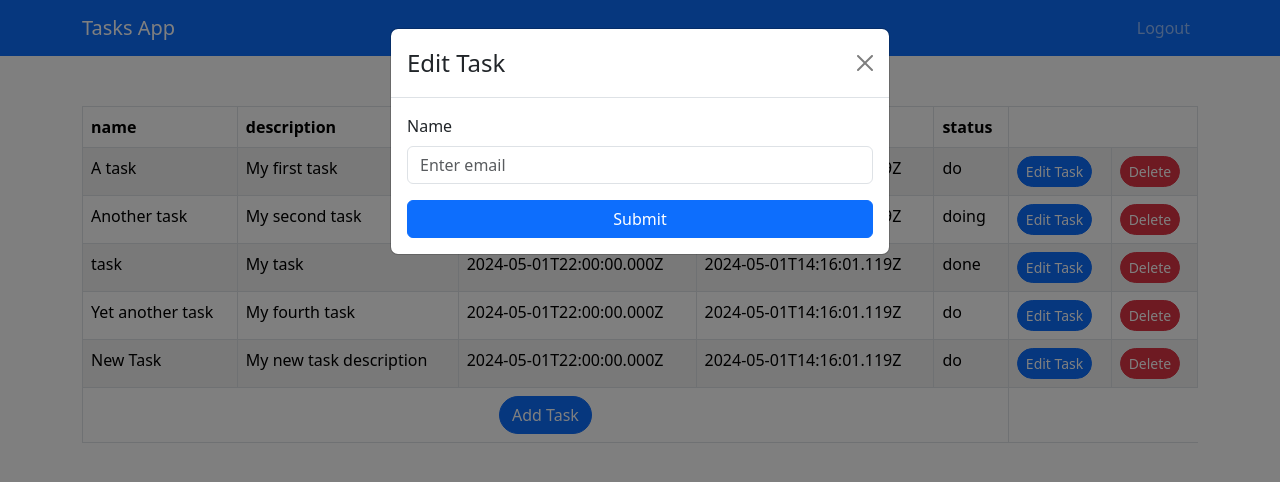
Repository: trider/react-task-manager
Page: /#/tasks, after clicking the first element matching `button.rounded-pill`
An editor plug-in stored every save of this project. The page is shown before and after the next save, followed by the edit.
The browser window is 1280 px wide. The pictures show the whole page.
The project was rebuilt for these pictures with package versions that can differ from the ones it lists, and the page was loaded fresh each time. Also part of the build but not shown: src/App.css, src/data/_Users.js, src/pages/Login.js.

Above is the page before, as saved 2024-05-06 16:02:32.

### src/App.js
// import logo from './logo.svg';
import './App.css';
import 'bootstrap/dist/css/bootstrap.min.css';
// import { BrowserRouter, Routes, Route } from "react-router-dom";
import {HashRouter as Router, Routes, Route} from "react-router-dom";
import LoginForm from "./pages/Login";
import TaskList from "./pages/Task";

// const path = process.env.REACT_APP_FOR_PATH;

function App() {
  return (
    <div>
      <Router baseline="/">
        <Routes>
          <Route index element={<LoginForm />} />
            <Route path="login" element={<LoginForm />} />
            <Route path="tasks" element={<TaskList />} />
        </Routes>
      </Router>
    </div>
  );
}

export default App;

### src/pages/Task.js
import * as React from 'react';
import Table from 'react-bootstrap/Table';
import Container from 'react-bootstrap/Container';
import ModalComponent from '../components/Modal';
import userTasks from '../data/_Tasks';
import tableCols from '../data/_Cols';
import NavbarComponent from '../components/Navigation';
import Button from 'react-bootstrap/Button';
import { useState } from 'react';



const TaskTable = () => {

  const [tasks, setTasks] = useState(userTasks);

  const deletTask = (task) => {
    setTasks(tasks.filter((t) => t.id !== task.id));
  }

  return (
    <div>
      <Table striped bordered hover size="lg">
      <thead>
        <tr>
          {tableCols.map((col) => (
            <th key={col}>{col}</th>
          ))}
           <th colSpan={"2"}></th>
        </tr>
      </thead>
      <tbody>
        {tasks.map((task) => (
          <tr key={task.id}>
            {tableCols.map((col) => (
              <td key={col}>{task[col]}</td>
            ))}
            <td >


            <ModalComponent title={'Edit Task'} size={'sm'} />
            </td>
            <td>
            <Button  variant="danger rounded-pill" size='sm'  onClick={(e) => deletTask(task)}>
            Delete
          </Button>
            </td>
          </tr>
        ))}

      </tbody>
      <tfoot>
        <tr>
          <td colSpan={tableCols.length } style={{backgroundColor:"white"}}>
          <div className="d-grid gap-2 d-md-flex justify-content-md-center">
            <ModalComponent title={'Add Task'} size={'md'}/>
           </div>
          </td>
        </tr>
      </tfoot>
    </Table>




    </div>
  );
}


const TaskList = () => {
  return (
    <div>

    <NavbarComponent />
    <Container style={{marginTop:"50px"}}>
      <TaskTable />
    </Container>
    </div>
  );
}

export default TaskList;

### src/components/Modal.js
import { useState } from 'react';
import Button from 'react-bootstrap/Button';
import Modal from 'react-bootstrap/Modal';
import Form from 'react-bootstrap/Form';


const FormBody = () => {





  return (
    <div>
      <Form>

        <Form.Group className="mb-3" controlId="formBasicEmail">
          <Form.Label>Name</Form.Label>
          <Form.Control
            type="text"
            placeholder="Enter email"

          />
        </Form.Group>

        <div className="d-grid gap-2">
          <Button variant="primary" type="submit" >Submit</Button>
        </div>
      </Form>
    </div>
  );

}

const ModalComponent = (props) => {
  const [show, setShow] = useState(false);

  const handleClose = () => setShow(false);
  const handleShow = () => setShow(true);
  return (
    <div>
      <Button variant="primary" onClick={handleShow} className='rounded-pill' size={props.size}>
        {props.title}
      </Button>

      <Modal show={show} onHide={handleClose}>
        <Modal.Header closeButton>
          <Modal.Title>{props.title}</Modal.Title>
        </Modal.Header>
        <Modal.Body>
          <FormBody />
          {/* Woohoo, you are reading this text in a modal!
          <div className='bg-primary text-light text-center' style={{ marginTop: '10px'}}>
          <Button  variant="primary rounded-pill" onClick={handleClose} size={props.size} >
            Submit
          </Button> */}


          {/* </div> */}


          </Modal.Body>
        {/* <Modal.Footer>


        <div className='bg-primary text-light text-center' >
          <Button  variant="primary" onClick={handleClose}>
            Submit
          </Button>
          </div>
        </Modal.Footer> */}
      </Modal>
    </div>
  );
}

export default ModalComponent;

### src/data/_Tasks.js
const userTasks= [
 {
   id: "6630ab326e723ac1ea6dce7a",
   description: "My first task",
   name: "A task",
   taskId: 1,
   user: "jonnygold",
   added: "2024-05-01T22:00:00.000Z",
   updated: "2024-05-01T14:16:01.119Z",
   status: "do",
   isActive: true
 },
 {
   id: "6630fe5d6e723ac1ea6dce7e",
   description: "My second task",
   name: "Another task",
   taskId: 2,
   user: "jonnygold",
   added: "2024-05-01T22:00:00.000Z",
   updated:"2024-05-01T14:16:01.119Z",
   status: "doing",
   isActive: true
 },
 {
   id: "6630fe826e723ac1ea6dce7f",
   description: "My task",
   name: "task",
   taskId: 3,
   user: "jonnygold",
   added: "2024-05-01T22:00:00.000Z",
   updated:"2024-05-01T14:16:01.119Z",
   status: "done",
   isActive: true
 },
 {
   id: "6631f17cc4c9b7f5ab3c28c3",
   name: "Yet another task",
   description: "My fourth task",
   user: "jonnygold",
   taskId: 4,
   added: "2024-05-01T22:00:00.000Z",
   updated:"2024-05-01T14:16:01.119Z",
   isActive: true,
   status: "do",

 },
 {
   id: "66323f0d54b80929f84ebdd2",
   user: "jonnygold",
   name: "New Task",
   description: "My new task description",
   status: "do",
   taskId: 5,
   added: "2024-05-01T22:00:00.000Z",
   updated:"2024-05-01T14:16:01.119Z",
   isActive: true,
 }

]

export default userTasks

### src/data/_Cols.js
const tableCols = [
 'name',
 'description',
 'added',
 'updated',
 'status',
];

export default tableCols

### src/components/Navigation.js
import * as React from 'react';
import Container from 'react-bootstrap/Container';
import Nav from 'react-bootstrap/Nav';
import Navbar from 'react-bootstrap/Navbar';






const NavbarComponent = () => {
  return (
    <Navbar bg="primary" expand="lg" data-bs-theme="dark">
      <Container>
        <Navbar.Brand href="#home">Tasks App</Navbar.Brand>
        <Navbar.Toggle aria-controls="basic-navbar-nav" />
        <Navbar.Collapse id="basic-navbar-nav">
          <Nav className="me-auto" >
          </Nav>
          <Nav>
            <Nav.Link href="/login">Logout</Nav.Link>
          </Nav>
        </Navbar.Collapse>
      </Container>
    </Navbar>
  );
}



export default NavbarComponent;

Loaded but not shown: public/index.html (common file); src/index.js (common file); src/index.css (common file); src/reportWebVitals.js (common file)

After the next save:
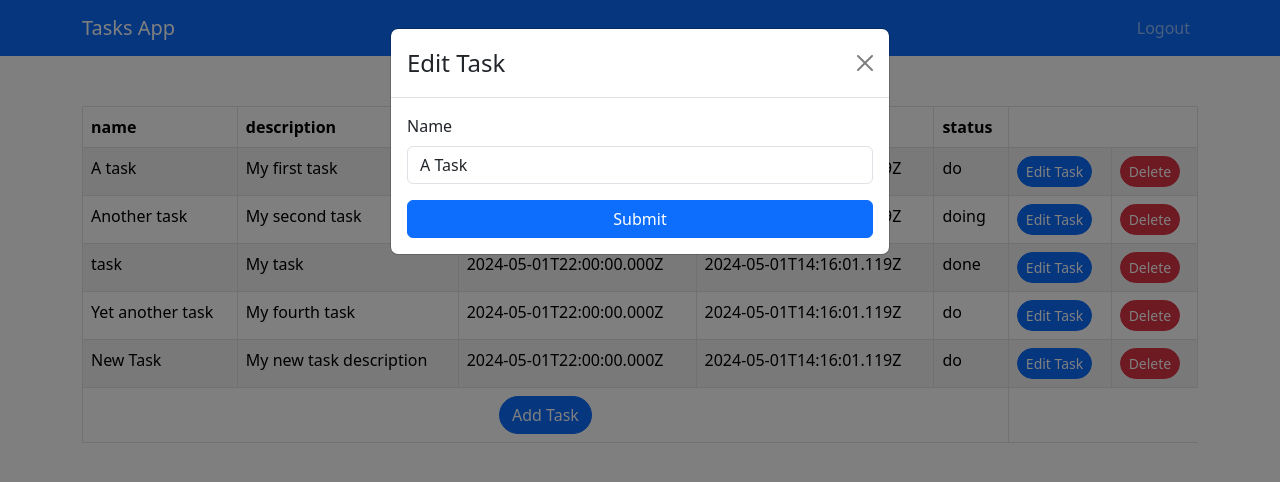
Saved 53 s later.
--- a/src/components/Modal.js
+++ b/src/components/Modal.js
@@ -14,11 +14,11 @@ const FormBody = () => {
     <div>
       <Form>
 
-        <Form.Group className="mb-3" controlId="formBasicEmail">
+        <Form.Group className="mb-3" controlId="taskName">
           <Form.Label>Name</Form.Label>
           <Form.Control
             type="text"
-            placeholder="Enter email"
+            value={"A Task"}
 
           />
         </Form.Group>
